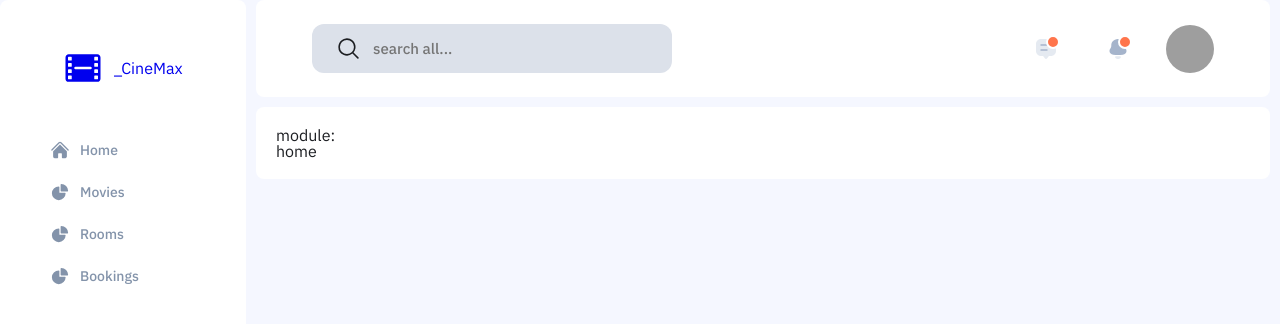
Repository: tdthinhtran961/DoAnCineMax
Page: http://localhost/admin/index.php
The author's editor kept a copy of each file at every save. The page is drawn from the files as they stood at one save, then again after the next save.
The browser window is 1280 px wide. The pictures show the whole page.
Pictures or frames that could not be fetched are drawn as grey boxes. The page is run by PHP 8.4 with error messages shown; the project is at /var/www/html/.

Above is the page before, as saved 2023-05-26 20:47:37.

### admin/index.php
<!DOCTYPE html>
<html lang="en">
<head>
    <meta charset="UTF-8">
    <meta http-equiv="X-UA-Compatible" content="IE=edge">
    <meta name="viewport" content="width=device-width, initial-scale=1.0">
    <title>Admin CineMax</title>

    <link rel="stylesheet" href="./index.css">

    <link rel="preconnect" href="https://fonts.googleapis.com">
    <link rel="preconnect" href="https://fonts.gstatic.com" crossorigin>
    <link href="https://fonts.googleapis.com/css2?family=IBM+Plex+Sans:wght@400;500;600;700&display=swap" rel="stylesheet">
</head>
<body>
    <div class="wrapper">
        <?php include "./view/layout/sidebar.php" ?>
        <main class="main">
            <?php include "./view/layout/topbar.php" ?>
            <div class="main-container">
                <h1>module:</h1>
                <?php
                    if (isset($GET['act'])) {

                    } else {
                        include "./view/module/home.php";
                    }
                ?>
            </div>
        </main>
    </div>
</body>
</html>

### admin/view/layout/sidebar.php
<aside class="sidebar">
    <a href="#" class="logo">
        <svg xmlns="http://www.w3.org/2000/svg" viewBox="0 0 24 24" fill="currentColor" class="w-6 h-6 logo-icon">
            <path fill-rule="evenodd" d="M1.5 5.625c0-1.036.84-1.875 1.875-1.875h17.25c1.035 0 1.875.84 1.875 1.875v12.75c0 1.035-.84 1.875-1.875 1.875H3.375A1.875 1.875 0 011.5 18.375V5.625zm1.5 0v1.5c0 .207.168.375.375.375h1.5a.375.375 0 00.375-.375v-1.5a.375.375 0 00-.375-.375h-1.5A.375.375 0 003 5.625zm16.125-.375a.375.375 0 00-.375.375v1.5c0 .207.168.375.375.375h1.5A.375.375 0 0021 7.125v-1.5a.375.375 0 00-.375-.375h-1.5zM21 9.375A.375.375 0 0020.625 9h-1.5a.375.375 0 00-.375.375v1.5c0 .207.168.375.375.375h1.5a.375.375 0 00.375-.375v-1.5zm0 3.75a.375.375 0 00-.375-.375h-1.5a.375.375 0 00-.375.375v1.5c0 .207.168.375.375.375h1.5a.375.375 0 00.375-.375v-1.5zm0 3.75a.375.375 0 00-.375-.375h-1.5a.375.375 0 00-.375.375v1.5c0 .207.168.375.375.375h1.5a.375.375 0 00.375-.375v-1.5zM4.875 18.75a.375.375 0 00.375-.375v-1.5a.375.375 0 00-.375-.375h-1.5a.375.375 0 00-.375.375v1.5c0 .207.168.375.375.375h1.5zM3.375 15h1.5a.375.375 0 00.375-.375v-1.5a.375.375 0 00-.375-.375h-1.5a.375.375 0 00-.375.375v1.5c0 .207.168.375.375.375zm0-3.75h1.5a.375.375 0 00.375-.375v-1.5A.375.375 0 004.875 9h-1.5A.375.375 0 003 9.375v1.5c0 .207.168.375.375.375zm4.125 0a.75.75 0 000 1.5h9a.75.75 0 000-1.5h-9z" clip-rule="evenodd" />
        </svg>
        _CineMax
    </a>
    <ul class="menu">
        <li class="menu-item">
            <a href="index.php" class="menu-link">
                <svg xmlns="http://www.w3.org/2000/svg" viewBox="0 0 24 24" fill="currentColor" class="w-6 h-6 menu-icon">
                    <path d="M11.47 3.84a.75.75 0 011.06 0l8.69 8.69a.75.75 0 101.06-1.06l-8.689-8.69a2.25 2.25 0 00-3.182 0l-8.69 8.69a.75.75 0 001.061 1.06l8.69-8.69z" />
                    <path d="M12 5.432l8.159 8.159c.03.03.06.058.091.086v6.198c0 1.035-.84 1.875-1.875 1.875H15a.75.75 0 01-.75-.75v-4.5a.75.75 0 00-.75-.75h-3a.75.75 0 00-.75.75V21a.75.75 0 01-.75.75H5.625a1.875 1.875 0 01-1.875-1.875v-6.198a2.29 2.29 0 00.091-.086L12 5.43z" />
                </svg>
                <span class="menu-text">Home</span>
            </a>
        </li>
        <li class="menu-item">
            <a href="index.php?act=movies" class="menu-link">
                <svg xmlns="http://www.w3.org/2000/svg" viewBox="0 0 24 24" fill="currentColor" class="w-6 h-6 menu-icon">
                    <path fill-rule="evenodd" d="M2.25 13.5a8.25 8.25 0 018.25-8.25.75.75 0 01.75.75v6.75H18a.75.75 0 01.75.75 8.25 8.25 0 01-16.5 0z" clip-rule="evenodd" />
                    <path fill-rule="evenodd" d="M12.75 3a.75.75 0 01.75-.75 8.25 8.25 0 018.25 8.25.75.75 0 01-.75.75h-7.5a.75.75 0 01-.75-.75V3z" clip-rule="evenodd" />
                </svg>
                    <span class="menu-text">Movies</span>
            </a>
        </li>
        <li class="menu-item">
            <a href="index.php?act=rooms" class="menu-link">
                <svg xmlns="http://www.w3.org/2000/svg" viewBox="0 0 24 24" fill="currentColor" class="w-6 h-6 menu-icon">
                    <path fill-rule="evenodd" d="M2.25 13.5a8.25 8.25 0 018.25-8.25.75.75 0 01.75.75v6.75H18a.75.75 0 01.75.75 8.25 8.25 0 01-16.5 0z" clip-rule="evenodd" />
                    <path fill-rule="evenodd" d="M12.75 3a.75.75 0 01.75-.75 8.25 8.25 0 018.25 8.25.75.75 0 01-.75.75h-7.5a.75.75 0 01-.75-.75V3z" clip-rule="evenodd" />
                </svg>
                <span class="menu-text">Rooms</span>
            </a>
        </li>
        <li class="menu-item">
            <a href="index.php?act=bookings" class="menu-link">
            <svg xmlns="http://www.w3.org/2000/svg" viewBox="0 0 24 24" fill="currentColor" class="w-6 h-6 menu-icon">
                <path fill-rule="evenodd" d="M2.25 13.5a8.25 8.25 0 018.25-8.25.75.75 0 01.75.75v6.75H18a.75.75 0 01.75.75 8.25 8.25 0 01-16.5 0z" clip-rule="evenodd" />
                <path fill-rule="evenodd" d="M12.75 3a.75.75 0 01.75-.75 8.25 8.25 0 018.25 8.25.75.75 0 01-.75.75h-7.5a.75.75 0 01-.75-.75V3z" clip-rule="evenodd" />
            </svg>
                <span class="menu-text">Bookings</span>
            </a>
        </li>
    </ul>
</aside>

### admin/view/layout/topbar.php
<div class="topbar">
    <div class="search">
        <svg xmlns="http://www.w3.org/2000/svg" viewBox="0 0 24 24" fill="currentColor" class="w-6 h-6 search-icon">
            <path fill-rule="evenodd" d="M10.5 3.75a6.75 6.75 0 100 13.5 6.75 6.75 0 000-13.5zM2.25 10.5a8.25 8.25 0 1114.59 5.28l4.69 4.69a.75.75 0 11-1.06 1.06l-4.69-4.69A8.25 8.25 0 012.25 10.5z" clip-rule="evenodd" />
        </svg>
        <input type="text" class="search-input" placeholder="search all...">
    </div>
    <div class="topbar-right">
        <svg class="icon-message topbar-action" width="48" height="48" viewBox="0 0 48 48" fill="none" xmlns="http://www.w3.org/2000/svg">
            <path d="M14 24.97V18.99C14 16.23 16.24 14 19 14H29C31.76 14 34 16.23 34 18.99V25.97C34 28.72 31.76 30.95 29 30.95H27.5C27.19 30.95 26.89 31.1 26.7 31.35L25.2 33.34C24.54 34.22 23.46 34.22 22.8 33.34L21.3 31.35C21.14 31.13 20.78 30.95 20.5 30.95H19C16.24 30.95 14 28.72 14 25.97V24.97Z" fill="#E5EAF1"/>
            <path d="M29 20.75H19C18.59 20.75 18.25 20.41 18.25 20C18.25 19.59 18.59 19.25 19 19.25H29C29.41 19.25 29.75 19.59 29.75 20C29.75 20.41 29.41 20.75 29 20.75Z" fill="#A5B4CB"/>
            <path d="M25 25.75H19C18.59 25.75 18.25 25.41 18.25 25C18.25 24.59 18.59 24.25 19 24.25H25C25.41 24.25 25.75 24.59 25.75 25C25.75 25.41 25.41 25.75 25 25.75Z" fill="#A5B4CB"/>
            <rect x="25" y="11" width="12" height="12" rx="6" fill="#FF754C"/>
            <rect x="25" y="11" width="12" height="12" rx="6" stroke="white" stroke-width="2"/>
        </svg>
        <svg class="icon-noti topbar-action" width="48" height="48" viewBox="0 0 48 48" fill="none" xmlns="http://www.w3.org/2000/svg">
            <path d="M31.7695 23.6453C31.039 22.7923 30.7071 22.0531 30.7071 20.7972V20.3701C30.7071 18.7335 30.3304 17.6791 29.5115 16.6246C28.2493 14.987 26.1244 14 24.0442 14H23.9558C21.9194 14 19.8611 14.9417 18.577 16.5128C17.7133 17.5884 17.2929 18.6882 17.2929 20.3701V20.7972C17.2929 22.0531 16.9828 22.7923 16.2305 23.6453C15.6769 24.2738 15.5 25.0815 15.5 25.9557C15.5 26.8309 15.7872 27.6598 16.3637 28.3336C17.116 29.1413 18.1785 29.6569 19.2638 29.7466C20.835 29.9258 22.4063 29.9933 24.0005 29.9933C25.5937 29.9933 27.165 29.8805 28.7372 29.7466C29.8215 29.6569 30.884 29.1413 31.6363 28.3336C32.2118 27.6598 32.5 26.8309 32.5 25.9557C32.5 25.0815 32.3231 24.2738 31.7695 23.6453Z" fill="#A5B4CB"/>
            <path d="M26.0087 31.2283C25.5088 31.1215 22.4626 31.1215 21.9627 31.2283C21.5353 31.327 21.0732 31.5566 21.0732 32.0602C21.098 32.5406 21.3793 32.9646 21.7689 33.2335L21.7679 33.2345C22.2718 33.6273 22.8631 33.877 23.4823 33.9667C23.8123 34.012 24.1482 34.01 24.4901 33.9667C25.1083 33.877 25.6996 33.6273 26.2035 33.2345L26.2025 33.2335C26.5921 32.9646 26.8734 32.5406 26.8982 32.0602C26.8982 31.5566 26.4361 31.327 26.0087 31.2283Z" fill="#E5EAF1"/>
            <rect x="25" y="11" width="12" height="12" rx="6" fill="#FF754C"/>
            <rect x="25" y="11" width="12" height="12" rx="6" stroke="white" stroke-width="2"/>
        </svg>
        <div class="profile">
            <img class="" src="https://images.unsplash.com/photo-1600486913747-55e5470d6f40?ixlib=rb-4.0.3&ixid=M3wxMjA3fDB8MHxzZWFyY2h8MTd8fG1hbnxlbnwwfHwwfHx8MA%3D%3D&auto=format&fit=crop&w=800&q=60" alt="">
        </div>
    </div>
</div>

### admin/view/module/home.php
<div class="main-container-home">home</div>

### admin/index.css
/* start css reset */
*,
*:before,
*:after {
  box-sizing: border-box;
}
* {
  margin: 0;
  padding: 0;
  font: inherit;
}
img,
picture,
svg,
video {
  display: block;
  max-width: 100%;
}
input,
select,
textarea {
  background-color: transparent;
  outline: none;
}
button {
  cursor: pointer;
  background-color: transparent;
  outline: none;
  border: 0;
}
body {
  min-height: 100vh;
  font-weight: 400;
  font-size: 16px;
  line-height: 1;
}
a {
  text-decoration: none;
}
ul, ol {
  list-style-type: none;
}
/* end css reset */
body {
  font-family: "IBM Plex Sans", sans-serif;
  color: hsl(220, 10%, 12%);
  text-rendering: optimizeLegibility;
  -webkit-font-smoothing: antialiased;
  -moz-osx-font-smoothing: grayscale;
}
.wrapper {
  max-width: 1440px;
  margin: 0 auto;
  background-color: #F5F7FF;
  display: grid;
  grid-template-columns: 256px minmax(0, 1fr);
  min-height: 100vh;
}

/* start sidebar */
.sidebar {
  background-color: white;
  padding: 48px 30px;
  margin-right: 10px;
  border-radius: 8px;
  height: auto;
}
.logo {
  display: flex;
  align-items: center;
  justify-content: center;
  gap: 10px;
  margin-bottom: 44px;
}
.logo-icon {
  width: 40px;
  height: 40px;
}
.menu {
  display: flex;
  flex-direction: column;
  gap: 6px;
}
.menu-icon {
  width: 20px;
  height: 20px;
}
.menu-link {
  display: flex;
  align-items: center;
  gap: 10px;
  color: hsl(215, 19%, 59%);
  font-size: 14px;
  line-height: 143%;
  font-weight: 500;
  padding: 8px 30px 8px 20px;
  border-radius: 12px;
}
.menu-link:hover {
  background: linear-gradient(92.29deg, #415EF4 0.33%, #7141EF 28.14%);
  color: white;
}
/* end css sidebar */
/* start css topbar */
.topbar {
  padding: 24px 56px;
  background-color: white;
  display:flex;
  justify-content: space-between;
  align-items: center;
  margin: 0 10px 10px 0;
  border-radius: 8px;
}
.search {
  padding: 12px 24px;
  border-radius: 12px;
  display: flex;
  align-items: center;
  gap: 12px;
  background-color: hsl(217, 24%, 89%);
  flex: 0 1 360px;
}
.search-icon {
  width: 25px;
  height: 25px;
}
.search-input {
  background-color: transparent;
  border: none;
  font-weight: 500;
  font-size: 15px;
  color: hsl(248, 57%, 60%);
  caret-color: hsl(248, 57%, 60%);
  flex: 1;
}
.topbar-right {
  display: flex;
  align-items: center;
  gap: 24px;
  flex-shrink: 0;
}
.topbar-action{
  flex-shrink: 0;
}
.profile {
  width: 48px;
  height: 48px;
  flex-shrink: 0;
}
.profile img {
  border-radius: 100rem;
  width: 100%;
  height: 100%;
  object-fit: cover;
  flex-shrink: 0;
}
/* end css topbar */
/* star css main-container */
.main-container {
  background-color: white;
  border-radius: 8px;
  padding: 20px;
  margin-right: 10px;
}

After the next save:
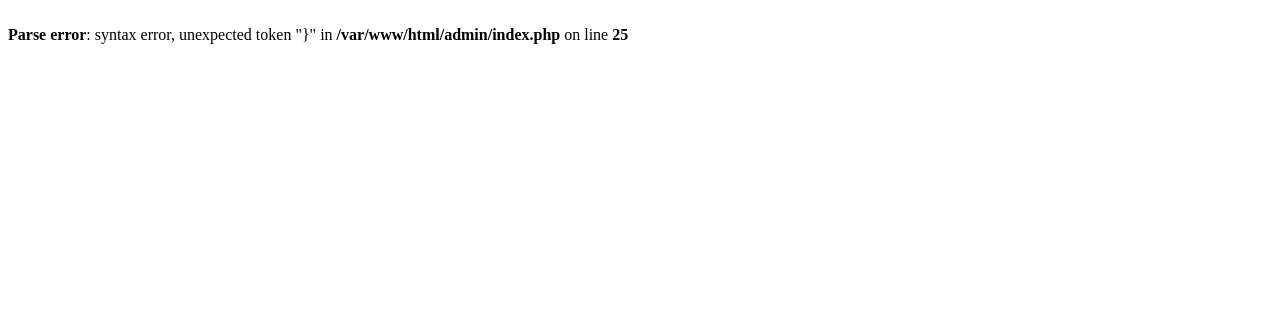
Saved 5 s later.
--- a/admin/index.php
+++ b/admin/index.php
@@ -21,7 +21,7 @@
                 <h1>module:</h1>
                 <?php
                     if (isset($GET['act'])) {
-
+                        SW
                     } else {
                         include "./view/module/home.php";
                     }
